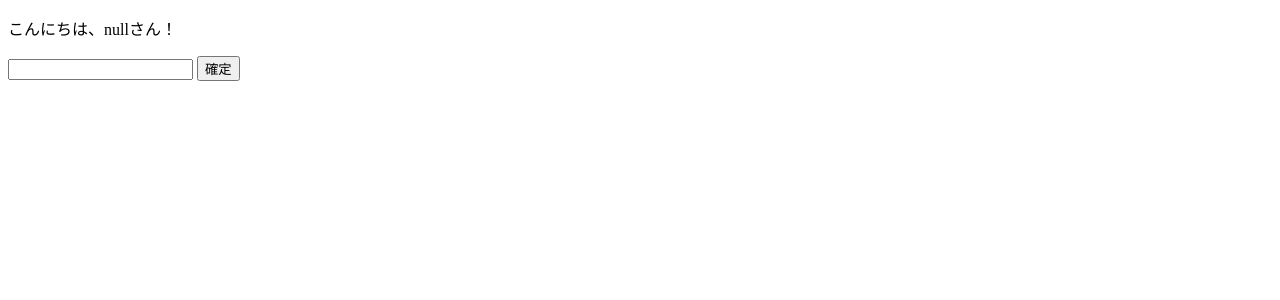
Repository: KimaruHirose/test
Page: http://localhost/HelloJSP/greeting-out.jsp
These files come from the project's save history. The page is drawn as it stood at one moment and after the next save; the edit follows.
The browser window is 1280 px wide. The pictures show the whole page.
The page is served by Tomcat 9.

Above is the page before, as saved 2018-06-01 05:57:50.

After the next save:
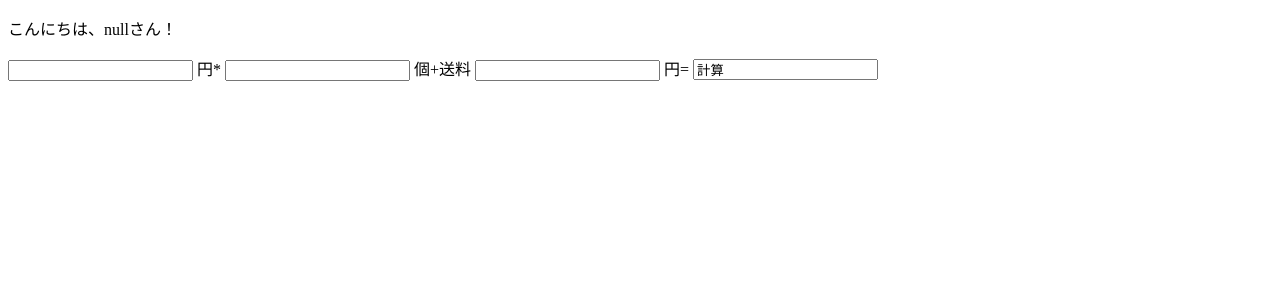
Saved 9 min 10 s later.
--- a/HelloJSP/WebContent/greeting-out.jsp
+++ b/HelloJSP/WebContent/greeting-out.jsp
@@ -9,9 +9,14 @@
 <body>
 <%request.setCharacterEncoding("UTF-8"); %>
 <p>こんにちは、<%=request.getParameter("user") %>さん！</p>
-<form method="post"action="greeting-out.jsp">
-<input type="text"name="user">
-<input type="submit"value="確定">
+<form method="post" action="total-out.jsp">
+<input type="text" name="price">
+円*
+<input type="text" name="count">
+個+送料
+<input type="text" name="delivery">
+円=
+<input type="subbit" value="計算">
 </form>
 </body>
 </html>
